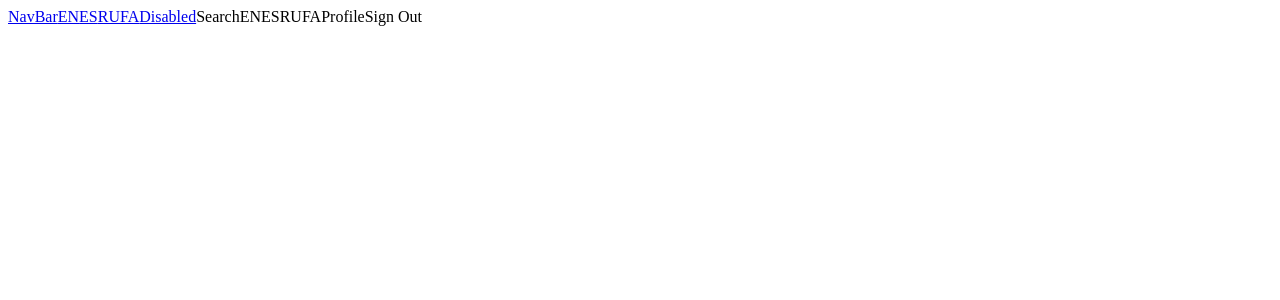
Repository: AHSANS354/ecommerce-catalog
Page: /
An editor plug-in stored every save of this project. The page is shown before and after the next save, followed by the edit.
The browser window is 1280 px wide. The pictures show the whole page.
The project was rebuilt for these pictures with package versions that can differ from the ones it lists, and the page was loaded fresh each time. Also part of the build but not shown: vue.config.js.

Above is the page before, as saved 2023-03-01 15:35:05.

### src/App.vue
<template>
  <div id="app">
    <router-view />
  </div>
</template>

### src/views/HomeView.vue
<template>
  <div class="home">
    <navbar-view />
  </div>
</template>

<script>
import NavbarView from "@/components/NavbarView.vue";
// @ is an alias to /src

export default {
  name: "HomeView",
  components: {
    NavbarView,
  },
};
</script>

### src/components/NavbarView.vue
<template>
  <div class="container">
    <b-navbar toggleable="lg" type="light">
      <router-link class="navbar-brand" to="/">NavBar</router-link>

      <b-navbar-toggle target="nav-collapse"></b-navbar-toggle>

      <b-collapse id="nav-collapse" is-nav>
        <b-navbar-nav>
          <b-nav-item-dropdown text="List Product" right>
            <router-link class="dropdown-item" to="/">EN</router-link>
            <router-link class="dropdown-item" to="/">ES</router-link>
            <router-link class="dropdown-item" to="/">RU</router-link>
            <router-link class="dropdown-item" to="/">FA</router-link>
          </b-nav-item-dropdown>
          <router-link class="navbar" to="/nav">Disabled</router-link>
        </b-navbar-nav>

        <!-- Right aligned nav items -->
        <b-navbar-nav class="ml-auto">
          <b-nav-form>
            <b-form-input
              size="sm"
              class="mr-sm-2"
              placeholder="Search"
            ></b-form-input>
            <b-button size="sm" class="my-2 my-sm-0" type="submit"
              >Search</b-button
            >
          </b-nav-form>

          <b-nav-item-dropdown text="Lang" right>
            <b-dropdown-item href="#">EN</b-dropdown-item>
            <b-dropdown-item href="#">ES</b-dropdown-item>
            <b-dropdown-item href="#">RU</b-dropdown-item>
            <b-dropdown-item href="#">FA</b-dropdown-item>
          </b-nav-item-dropdown>

          <b-nav-item-dropdown right>
            <!-- Using 'button-content' slot -->
            <template #button-content>
              <em>User</em>
            </template>
            <b-dropdown-item href="#">Profile</b-dropdown-item>
            <b-dropdown-item href="#">Sign Out</b-dropdown-item>
          </b-nav-item-dropdown>
        </b-navbar-nav>
      </b-collapse>
    </b-navbar>
  </div>
</template>

<script>
export default {
  name: "NavbarView",
};
</script>

<style>
</style>

Loaded but not shown: public/index.html (common file); src/main.js (common file); src/router/index.js (common file)

After the next save:
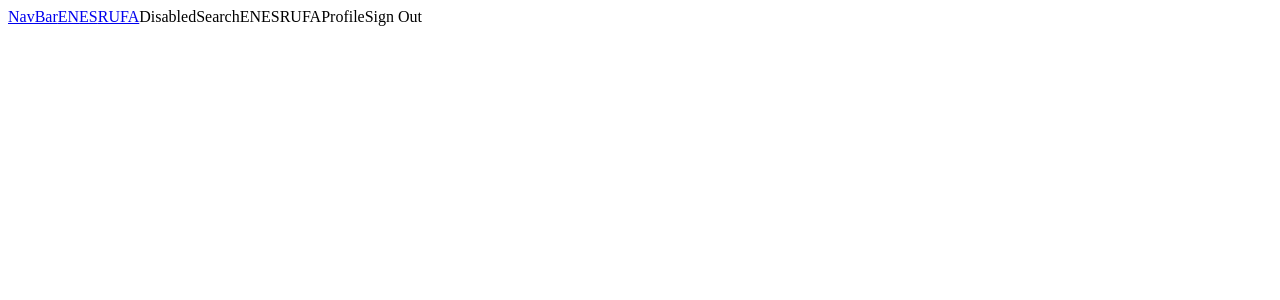
Saved 21 s later.
--- a/src/components/NavbarView.vue
+++ b/src/components/NavbarView.vue
@@ -13,7 +13,7 @@
             <router-link class="dropdown-item" to="/">RU</router-link>
             <router-link class="dropdown-item" to="/">FA</router-link>
           </b-nav-item-dropdown>
-          <router-link class="navbar" to="/nav">Disabled</router-link>
+          <b-nav-item href="#">Disabled</b-nav-item>
         </b-navbar-nav>
 
         <!-- Right aligned nav items -->
